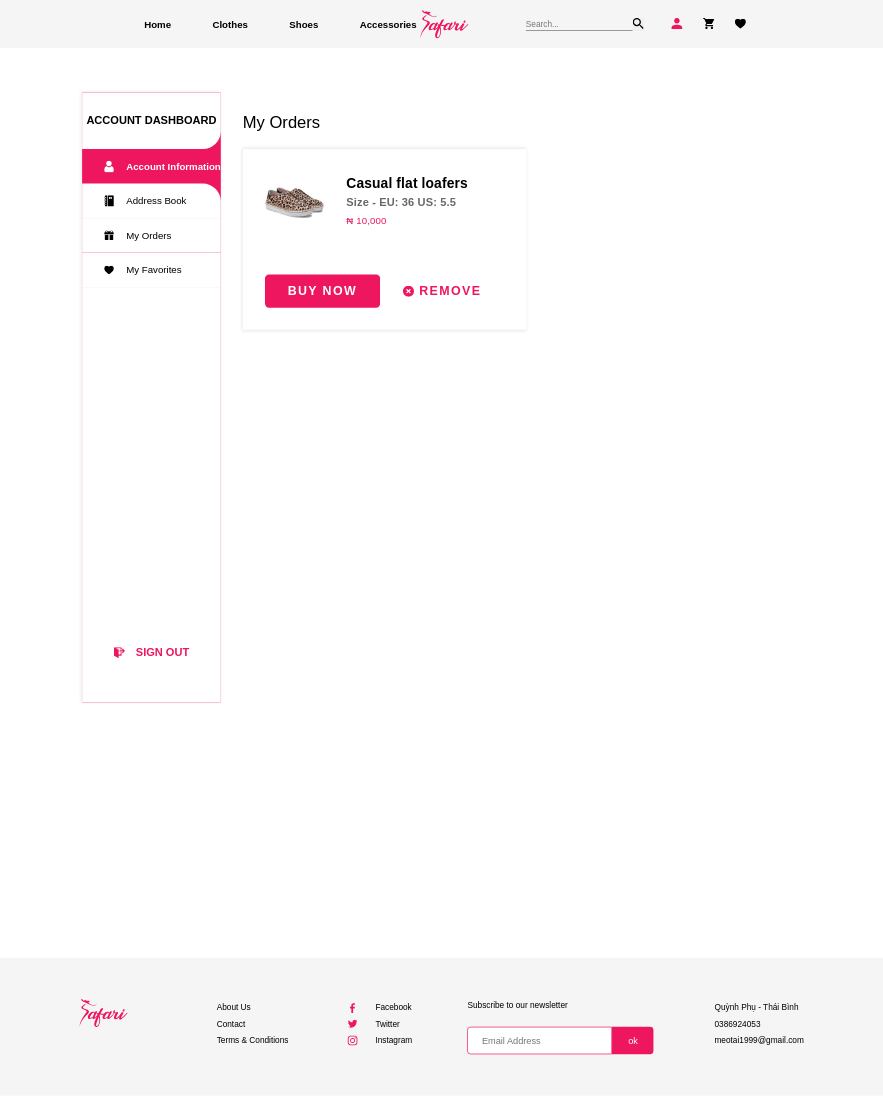
Repository: tboy1999/safari
Page: views/user.html
These files come from the project's save history. The page is drawn as it stood at one moment and after the next save; the edit follows.
The browser window is 1280 px wide. The pictures show the whole page, at 69% of full size.
Some web libraries are served in a nearby version. The style sheet was rebuilt from its Sass, Less or Tailwind sources for each picture, by a compiler version that may differ from the author's.

Above is the page before, as saved 2022-04-28 18:11:26.

After the next save:
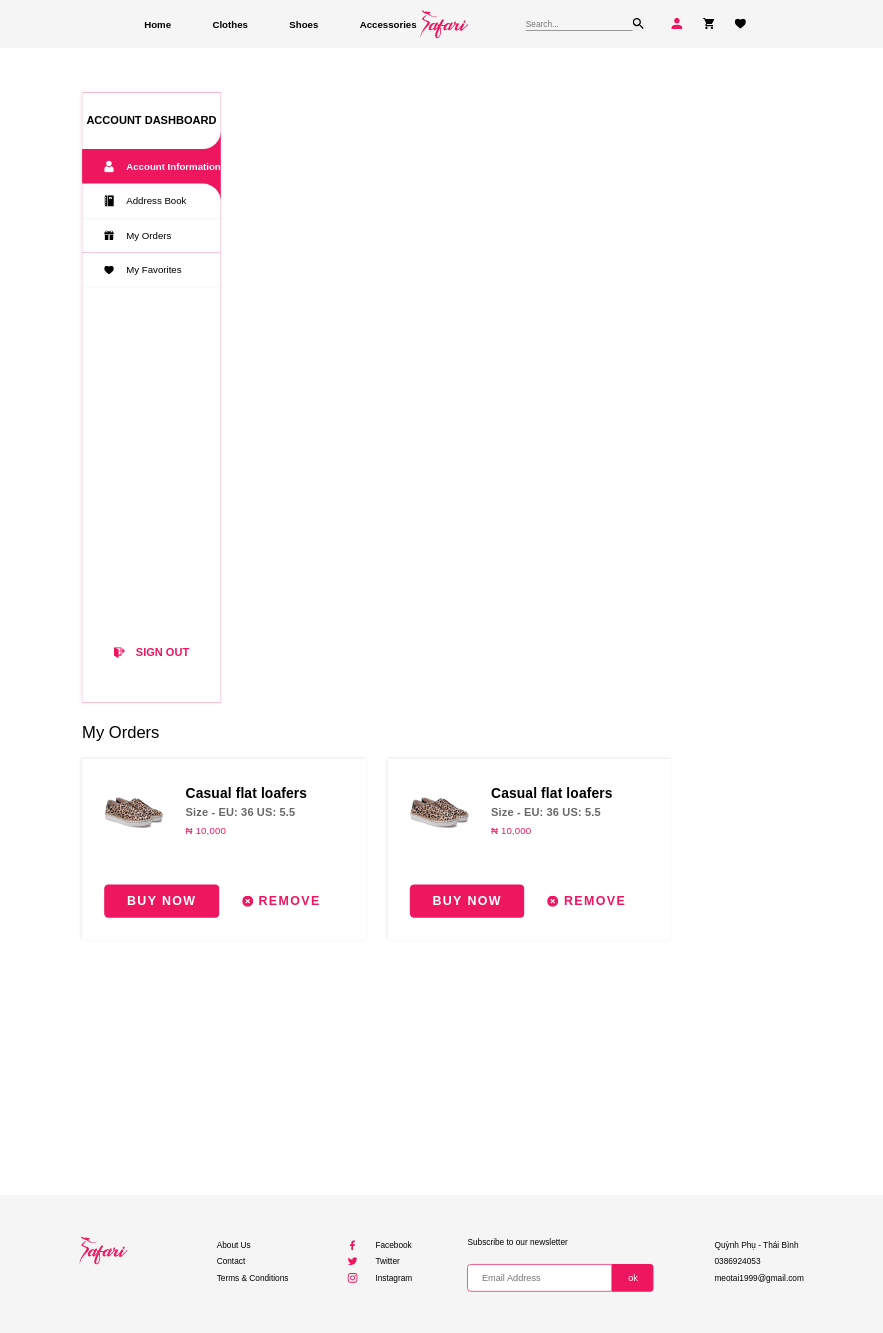
Saved 7 s later.
--- a/views/user.html
+++ b/views/user.html
@@ -236,6 +236,22 @@
                       </div>
                     </div>
                   </div>
+                  <div class="col xxl-6 favorites__item">
+                    <div class="favorites__product flex-column gap64 ">
+                      <div class="facenter gap32">
+                        <img src="../image/cart/cart1.jpg" alt="">
+                        <div class="favorites__info flex-column gap8">
+                          <h4 class="fz20-fw600">Casual flat loafers</h4>
+                          <p class="fz16">Size - EU: 36 US: 5.5</p>
+                          <span class="fz14">₦ 10,000</span>
+                        </div>
+                      </div>
+                      <div class="favorites__button facb">
+                        <button class="favorites__btn favorites__btn--active fz18">BUY NOW</button>
+                        <button class="favorites__btn facenter gap8 fz18"><img src="../image/cart/remove-cart.svg" alt="">REMOVE</button>
+                      </div>
+                    </div>
+                  </div>
                 </div>
               </div>
             </div>
